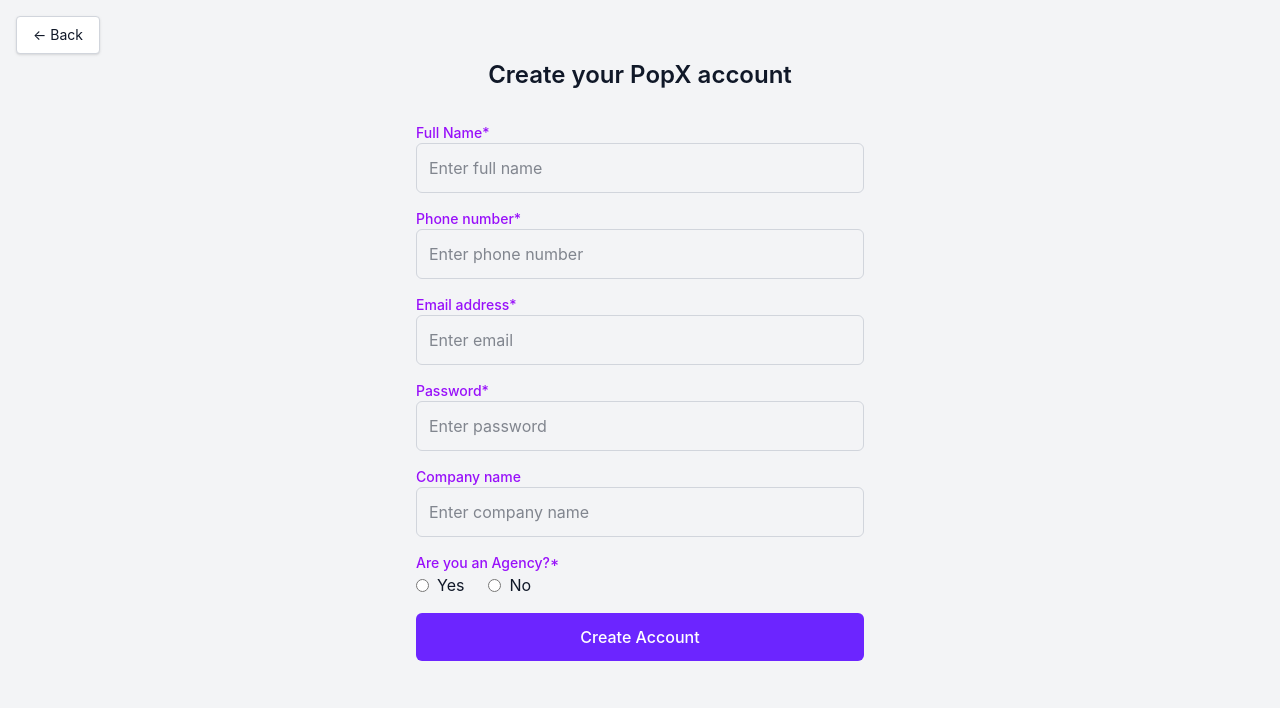
Repository: tanayburbure/inter
Page: /signup
An editor plug-in stored every save of this project. The page is shown before and after the next save, followed by the edit.
The browser window is 1280 px wide. The pictures show the whole page.
The project was rebuilt for these pictures with package versions that can differ from the ones it lists, and the page was loaded fresh each time. Also part of the build but not shown: vite.config.js, src/pages/Welcome.jsx, src/pages/Login.jsx, src/pages/Account.jsx.

Above is the page before, as saved 2025-06-17 22:44:38.

### src/index.css
@import "tailwindcss";

body {
  font-family: 'Inter', sans-serif;
}

### src/App.jsx
import React from "react";
import { BrowserRouter as Router, Routes, Route, useLocation, useNavigate } from "react-router-dom";
import Welcome from "./pages/Welcome";
import Login from "./pages/Login";
import Signup from "./pages/Signup";
import Account from "./pages/Account";
import { UserProvider } from "./pages/UserContex";

// BackButton Component (only hidden on Welcome page)
function BackButton() {
  const location = useLocation();
  const navigate = useNavigate();

  // Hide on Welcome page
  if (location.pathname === "/") return null;

  return (
    <button
      onClick={() => navigate(-1)}
      className="absolute top-4 left-4 px-4 py-2 bg-white border border-gray-300 rounded shadow text-sm hover:bg-gray-50"
    >
      ← Back
    </button>
  );
}

// AppContent separated to use Router hooks
function AppContent() {
  return (
    <div className="relative min-h-screen bg-gray-100 text-gray-900">
      <BackButton />
      <Routes>
        <Route path="/" element={<Welcome />} />
        <Route path="/login" element={<Login />} />
        <Route path="/signup" element={<Signup />} />
        <Route path="/account" element={<Account />} />
      </Routes>
    </div>
  );
}

export default function App() {
  return (
    <UserProvider>
      <Router>
        <AppContent />
      </Router>
    </UserProvider>
  );
}

### src/pages/Signup.jsx
import { useNavigate } from "react-router-dom";
import { useUser } from "./UserContex"; // adjust the path

export default function Signup() {
  const navigate = useNavigate();
  const { setUserData } = useUser();

  const handleSubmit = (e) => {
    e.preventDefault();

    const form = e.target;
    const data = {
      fullName: form.fullName.value,
      phone: form.phone.value,
      email: form.email.value,
      password: form.password.value,
      company: form.company.value,
      isAgency: form.agency.value,
    };

    setUserData(data);
    navigate("/account");
  };

  return (
    <div className="min-h-screen flex items-center justify-center px-4 py-12 sm:px-6 lg:px-8">
      <div className="w-full max-w-md space-y-8">
        <h2 className="text-center text-2xl font-semibold text-gray-900">
          Create your PopX account
        </h2>
        <form className="space-y-4" onSubmit={handleSubmit}>
          <div>
            <label className="text-sm text-purple-600 font-medium block ">
              Full Name*
            </label>
            <input
              name="fullName"
              type="text"
              placeholder="Enter full name"
              required
              className="w-full border border-gray-300 rounded-md p-3"
            />
          </div>
          <div>
            <label className="text-sm text-purple-600 font-medium block ">
              Phone number*
            </label>
            <input
              name="phone"
              type="tel"
              placeholder="Enter phone number"
              required
              className="w-full border border-gray-300 rounded-md p-3"
            />
          </div>
          <div>
            <label className="text-sm text-purple-600 font-medium block ">
              Email address*
            </label>
            <input
              name="email"
              type="email"
              placeholder="Enter email"
              required
              className="w-full border border-gray-300 rounded-md p-3"
            />
          </div>
          <div>
            <label className="text-sm text-purple-600 font-medium block ">
              Password*
            </label>
            <input
              name="password"
              type="password"
              placeholder="Enter password"
              required
              className="w-full border border-gray-300 rounded-md p-3"
            />
          </div>
          <div>
            <label className="text-sm text-purple-600 font-medium block ">
              Company name
            </label>
            <input
              name="company"
              type="text"
              placeholder="Enter company name"
              className="w-full border border-gray-300 rounded-md p-3"
            />
          </div>
          <div>
            <label className="block text-sm text-purple-600 font-medium ">
              Are you an Agency?*
            </label>
            <div className="flex space-x-6">
              <label className="flex items-center">
                <input
                  type="radio"
                  name="agency"
                  value="Yes"
                  required
                  className="mr-2"
                />
                Yes
              </label>
              <label className="flex items-center">
                <input
                  type="radio"
                  name="agency"
                  value="No"
                  required
                  className="mr-2"
                />
                No
              </label>
            </div>
          </div>
          <button
            type="submit"
            className="w-full bg-[#6C25FF] cursor-pointer text-white py-3 rounded-md font-medium transition duration-200"
          >
            Create Account
          </button>
        </form>
      </div>
    </div>
  );
}

### src/pages/UserContex.jsx
import { createContext, useState, useContext } from "react";

const UserContext = createContext();

export function UserProvider({ children }) {
  const [userData, setUserData] = useState(null);
  return (
    <UserContext.Provider value={{ userData, setUserData }}>
      {children}
    </UserContext.Provider>
  );
}

export function useUser() {
  return useContext(UserContext);
}

Loaded but not shown: index.html (common file); src/main.jsx (common file)

After the next save:
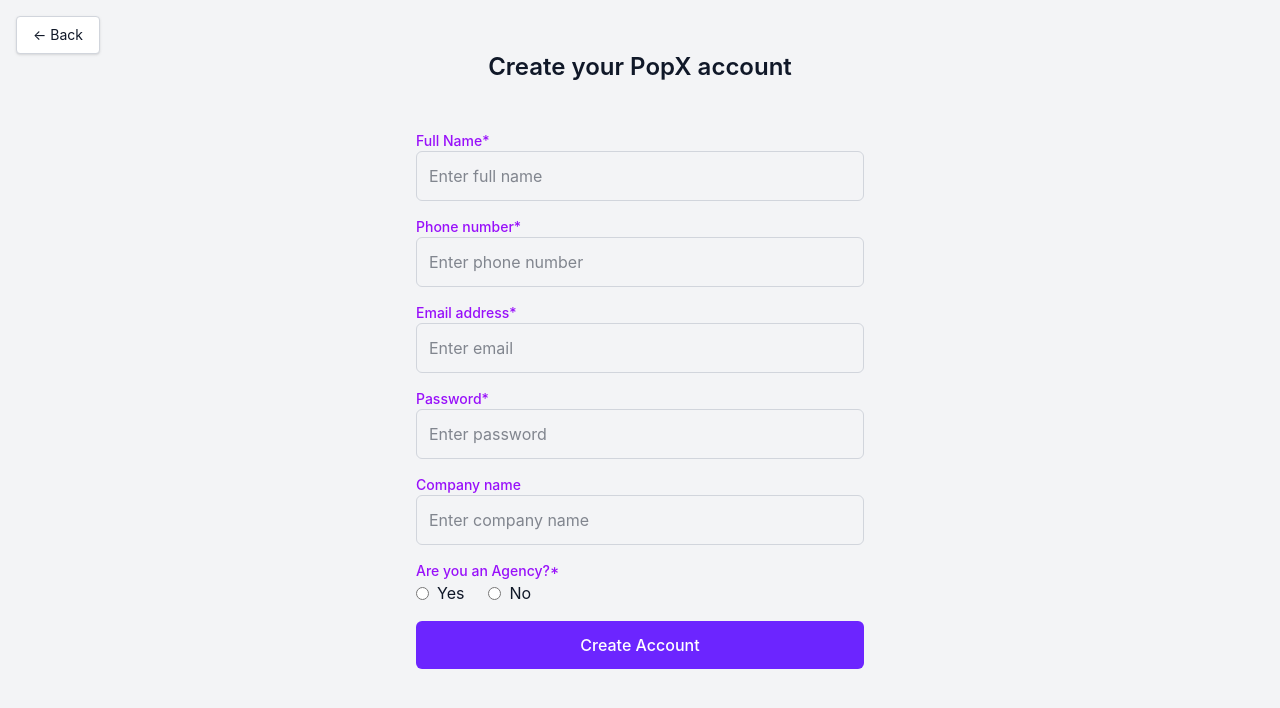
Saved 8 s later.
--- a/src/pages/Signup.jsx
+++ b/src/pages/Signup.jsx
@@ -24,7 +24,7 @@
 
   return (
     <div className="min-h-screen flex items-center justify-center px-4 py-12 sm:px-6 lg:px-8">
-      <div className="w-full max-w-md space-y-8">
+      <div className="w-full max-w-md space-y-12">
         <h2 className="text-center text-2xl font-semibold text-gray-900">
           Create your PopX account
         </h2>
